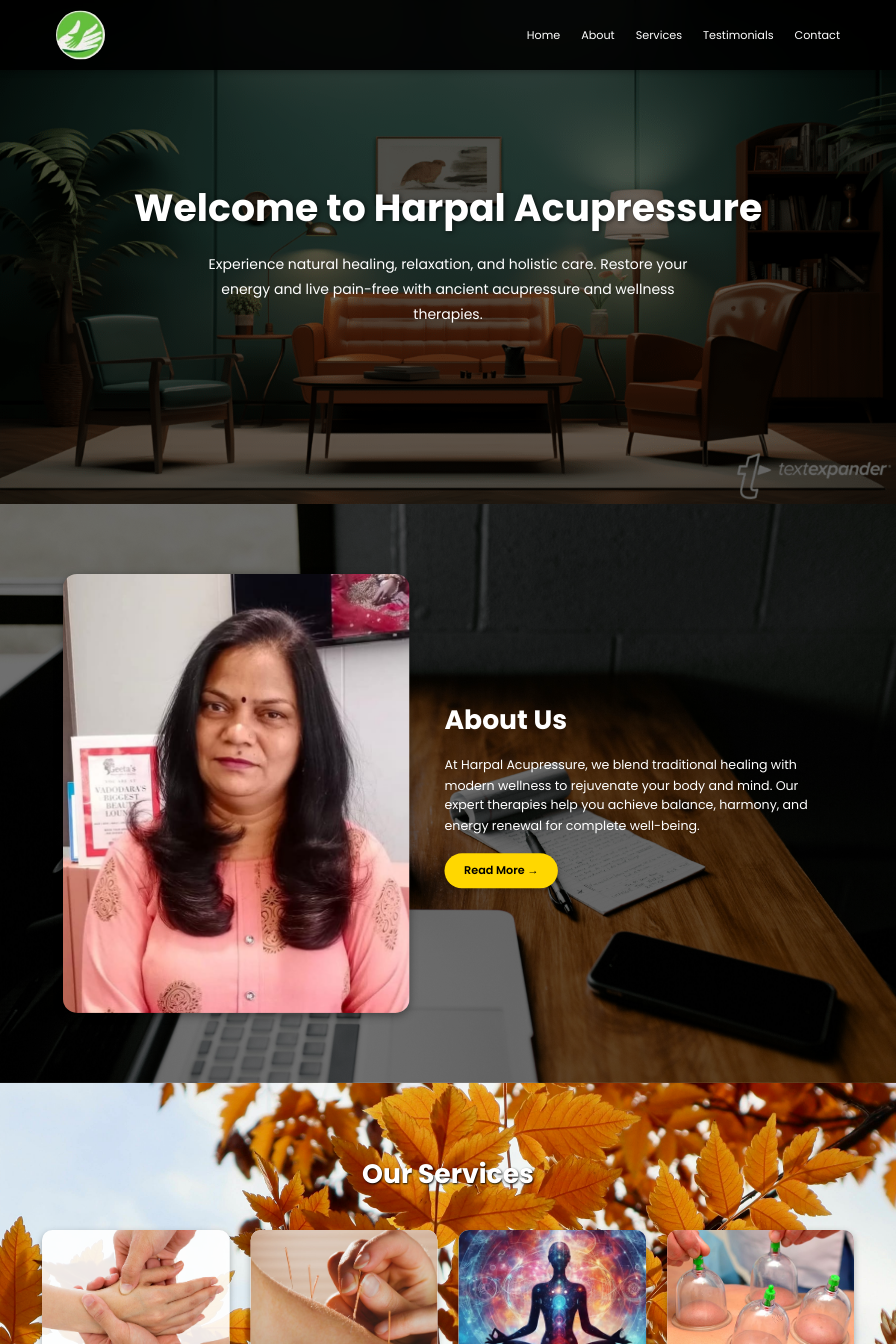
Repository: swasthiik/my-websites
Page: index.html
The author's editor kept a copy of each file at every save. The page is drawn from the files as they stood at one save, then again after the next save.
The browser window is 1280 px wide. The pictures show the part of the page from y = 0 to 1920 px (the page is 4255 px tall), at 70% of full size.

Above is the page before, as saved 2025-10-28 01:24:12.

### index.html
<!DOCTYPE html>
<html lang="en">
<head>
  <meta charset="UTF-8" />
  <meta name="viewport" content="width=device-width, initial-scale=1.0" />
  <title>Harpal Acupressure — Healing & Wellness</title>
  <link href="https://fonts.googleapis.com/css2?family=Poppins:wght@300;400;600;700&display=swap" rel="stylesheet" />

  <style>
    *{margin:0;padding:0;box-sizing:border-box;font-family:'Poppins',sans-serif;}
    body{background:#fff;color:#333;line-height:1.6;}

    /* Header */
    header{
      position:fixed;width:100%;top:0;left:0;background:rgba(0,0,0,0.9);
      display:flex;justify-content:space-between;align-items:center;
      padding:15px 80px;z-index:1000;backdrop-filter:blur(6px);
      box-shadow:0 2px 10px rgba(0,0,0,0.4);
    }
    header img{width:70px;height:70px;border-radius:50%;object-fit:cover;}
    nav ul{display:flex;gap:30px;list-style:none;}
    nav ul li a{
      color:#fff;text-decoration:none;font-weight:500;
      transition:color 0.3s ease;
    }
    nav ul li a:hover{color:#ffd700;}

    /* Hero Section */
    .hero{
      display:flex;align-items:center;justify-content:center;
      background:url('images/background.jpg') no-repeat center/cover;
      height:100vh;position:relative;color:#fff;text-align:center;
      padding:0 20px;
    }
    .hero::before{
      content:'';position:absolute;top:0;left:0;width:100%;height:100%;
      background:rgba(0,0,0,0.6);
    }
    .hero-content{
      position:relative;z-index:2;max-width:900px;
      animation:fadeInUp 1.2s ease;
    }
    .hero-content h1{
      font-size:54px;font-weight:700;margin-bottom:20px;
      text-shadow:2px 2px 8px rgba(0,0,0,0.6);
    }
    .hero-content p{
      font-size:20px;line-height:1.8;max-width:750px;margin:auto;
    }
    @keyframes fadeInUp{
      0%{opacity:0;transform:translateY(50px);}
      100%{opacity:1;transform:translateY(0);}
    }

    /* About */
    #about{
      background:url('images/background2.jpg') no-repeat center/cover;
      color:#fff;padding:100px 60px;position:relative;
    }
    #about::before{
      content:'';position:absolute;top:0;left:0;width:100%;height:100%;
      background:rgba(0,0,0,0.55);
    }
    #about .inner{
      position:relative;z-index:1;max-width:1100px;margin:auto;
      display:flex;align-items:center;gap:50px;flex-wrap:wrap;
    }
    #about img{
      width:45%;border-radius:20px;box-shadow:0 4px 12px rgba(0,0,0,0.4);
    }
    #about .text{flex:1;}
    #about h2{font-size:38px;margin-bottom:20px;}
    #about p{font-size:18px;margin-bottom:25px;}
    #about a{
      display:inline-block;padding:12px 28px;background:#ffd700;color:#000;
      font-weight:600;border-radius:30px;text-decoration:none;
      box-shadow:0 4px 8px rgba(0,0,0,0.2);transition:all 0.3s ease;
    }
    #about a:hover{background:#ffea3c;transform:translateY(-2px);}

    /* Services */
    #services{
      background:url('images/background3.jpg') no-repeat center/cover;
      padding:100px 60px;text-align:center;color:#fff;
    }
    #services h2{font-size:38px;margin-bottom:50px;text-shadow:1px 1px 3px #000;}
    .services-grid{
      display:grid;grid-template-columns:repeat(auto-fit,minmax(250px,1fr));
      gap:30px;
    }
    .service-card{
      background:rgba(255,255,255,0.9);border-radius:15px;overflow:hidden;
      box-shadow:0 4px 10px rgba(0,0,0,0.3);transition:transform 0.3s ease;
    }
    .service-card:hover{transform:translateY(-8px);}
    .service-card img{width:100%;height:180px;object-fit:cover;}
    .svc-body{padding:20px;}
    .svc-title{font-size:20px;font-weight:600;margin-bottom:10px;color:#222;}
    .svc-text{font-size:15px;color:#555;}

    /* Testimonials */
    #testimonials{
      background:url('images/background4.jpg') no-repeat center/cover;
      color:#fff;padding:100px 60px;text-align:center;position:relative;
    }
    #testimonials::before{
      content:'';position:absolute;top:0;left:0;width:100%;height:100%;
      background:rgba(0,0,0,0.6);
    }
    #testimonials .inner{
      position:relative;z-index:1;max-width:900px;margin:auto;
    }
    #testimonials h2{
      font-size:36px;margin-bottom:40px;
      text-shadow:1px 1px 4px rgba(0,0,0,0.8);
    }
    .testimonial{
      background:rgba(255,255,255,0.15);
      padding:25px;border-radius:20px;margin:15px 0;
      box-shadow:0 4px 10px rgba(0,0,0,0.4);
      font-size:17px;font-style:italic;
    }

    /* Contact */
    #contact{
      background:#111;color:#fff;padding:80px 60px;text-align:center;
    }
    #contact .inner{
      display:flex;flex-wrap:wrap;justify-content:space-between;
      align-items:flex-start;gap:40px;max-width:1200px;margin:auto;text-align:left;
    }
    .contact-left,.contact-center,.quick-links{flex:1;min-width:280px;}
    .social-btns img{
      width:40px;height:40px;margin-right:12px;transition:transform 0.3s;
      border-radius:50%;
    }
    .social-btns img:hover{transform:scale(1.1);}
    .btn-area{margin-top:15px;}
    .btn{
      display:inline-block;padding:10px 20px;border-radius:25px;
      font-weight:600;text-decoration:none;margin-right:10px;
      transition:all 0.3s ease;
    }
    .btn-call{background:#ffd700;color:#000;}
    .btn-wa{background:#25D366;color:#fff;}
    .btn:hover{transform:translateY(-2px);opacity:0.9;}
    .final-line{
      margin-top:50px;text-align:center;font-size:0.95rem;color:#ccc;
      max-width:900px;margin:auto;line-height:1.6;
    }
    footer{
      background:#000;color:#aaa;text-align:center;
      padding:20px 0;font-size:0.9rem;
    }
    footer a{color:#ffd700;text-decoration:none;}
    footer a:hover{text-decoration:underline;}
    .quick-links a{
      display:block;color:#ccc;text-decoration:none;margin-bottom:8px;
      font-size:0.95rem;
    }
    .quick-links a:hover{color:#ffd700;}
  </style>
</head>

<body>

  <!-- Header -->
  <header>
    <img src="images/logo.jpg" alt="Harpal Logo">
    <nav>
      <ul>
        <li><a href="#home">Home</a></li>
        <li><a href="#about">About</a></li>
        <li><a href="#services">Services</a></li>
        <li><a href="#testimonials">Testimonials</a></li>
        <li><a href="#contact">Contact</a></li>
      </ul>
    </nav>
  </header>

  <!-- Hero -->
  <section class="hero" id="home">
    <div class="hero-content">
      <h1>Welcome to Harpal Acupressure</h1>
      <p>Experience natural healing, relaxation, and holistic care. Restore your energy and live pain-free with ancient acupressure and wellness therapies.</p>
    </div>
  </section>

  <!-- About -->
  <section id="about">
    <div class="inner">
      <img src="images/photo1.png" alt="Harpal Acupressure">
      <div class="text">
        <h2>About Us</h2>
        <p>At Harpal Acupressure, we blend traditional healing with modern wellness to rejuvenate your body and mind. Our expert therapies help you achieve balance, harmony, and energy renewal for complete well-being.</p>
        <a href="about.html">Read More →</a>
      </div>
    </div>
  </section>

  <!-- Services -->
  <section id="services" aria-labelledby="services-title">
    <div class="inner">
      <h2 id="services-title"><strong>Our Services</strong></h2>

      <div class="services-grid">
        <div class="service-card"><img src="images/service1.jpg" alt="Acupressure Therapy"><div class="svc-body"><div class="svc-title"><strong>Acupressure Therapy</strong></div><div class="svc-text">Targeted pressure techniques to relieve pain, improve circulation, and restore energy balance.</div></div></div>
        <div class="service-card"><img src="images/service2.jpg" alt="Acupuncture"><div class="svc-body"><div class="svc-title"><strong>Acupuncture</strong></div><div class="svc-text">Traditional needle therapy to stimulate healing pathways and reduce chronic symptoms.</div></div></div>
        <div class="service-card"><img src="images/service3.jpg" alt="Aura Cleansing"><div class="svc-body"><div class="svc-title"><strong>Aura Cleansing</strong></div><div class="svc-text">Gentle energetic clearing to remove negativity, calm the mind, and uplift emotions.</div></div></div>
        <div class="service-card"><img src="images/service4.jpg" alt="Cupping Therapy"><div class="svc-body"><div class="svc-title"><strong>Cupping Therapy</strong></div><div class="svc-text">Cupping to improve blood flow, reduce muscle tension and support detoxification.</div></div></div>
        <div class="service-card"><img src="images/service5.jpg" alt="Casa Therapy"><div class="svc-body"><div class="svc-title"><strong>Casa Therapy</strong></div><div class="svc-text">Holistic alignment techniques focused on posture, balance and natural healing responses.</div></div></div>
        <div class="service-card"><img src="images/service6.jpg" alt="Magnetic Therapy"><div class="svc-body"><div class="svc-title"><strong>Magnetic Therapy</strong></div><div class="svc-text">Non-invasive magnetic treatments to support circulation and relieve chronic discomfort.</div></div></div>
        <div class="service-card"><img src="images/service7.jpg" alt="Numerology Guidance"><div class="svc-body"><div class="svc-title"><strong>Numerology Guidance</strong></div><div class="svc-text">Personal numerology readings offering insight for life choices, timing and growth.</div></div></div>
        <div class="service-card"><img src="images/service8.jpg" alt="Reiki Healing"><div class="svc-body"><div class="svc-title"><strong>Reiki Healing</strong></div><div class="svc-text">Energy healing sessions to reduce stress, restore calm and accelerate recovery.</div></div></div>
        <div class="service-card"><img src="images/service9.jpg" alt="Sujok Therapy"><div class="svc-body"><div class="svc-title"><strong>Sujok Therapy</strong></div><div class="svc-text">Hand & foot mapping therapy to influence internal organs and promote natural healing.</div></div></div>
        <div class="service-card"><img src="images/service10.jpg" alt="Vastu Consultation"><div class="svc-body"><div class="svc-title"><strong>Vastu Consultation</strong></div><div class="svc-text">Practical Vastu suggestions to harmonize your home or workplace for better wellbeing.</div></div></div>
      </div>
    </div>
  </section>

  <!-- Testimonials -->
  <section id="testimonials">
    <div class="inner">
      <h2>What Our Clients Say</h2>
      <div class="testimonial">“The acupressure sessions truly changed my life — my back pain is completely gone!”</div>
      <div class="testimonial">“I felt deeply relaxed after every visit. Harpal Acupressure has a healing touch!”</div>
      <div class="testimonial">“Very professional, clean, and friendly environment. I highly recommend them!”</div>
    </div>
  </section>

  <!-- Contact -->
  <section id="contact">
    <div class="inner">
      <div class="contact-left">
        <h3>Connect on Social</h3>
        <div class="social-btns">
          <a href="https://www.instagram.com/harpal_acupressure/?igsh=eTE0cXRwMDBiOHk0" target="_blank"><img src="images/instagram.png" alt="Instagram"></a>
          <a href="https://m.facebook.com/share/1GioYfoyAg/?wtsid=rdr_0amyqscvfVj53aAWz" target="_blank"><img src="images/facebook.png" alt="Facebook"></a>
        </div>
        <p>Email: <a href="mailto:info@harpalaccupressure.com">info@harpalaccupressure.com</a></p>
        <div class="btn-area">
          <a class="btn btn-call" href="tel:+9189980455518">📞 Call</a>
          <a class="btn btn-wa" href="https://wa.me/918866556830" target="_blank">💬 WhatsApp</a>
        </div>
      </div>

      <div class="contact-center">
        <h3>Visit Us</h3>
        <p><strong>DR. DIPALI PREMALKUMAR PATEL</strong><br>Marma Magnetic & Sujok Therapist</p>
        <p><strong>Clinic Address:</strong><br>
          Shop No. 3, Samanvay North Park,<br>
          Opp Darshanam King Square,<br>
          Ankodiya Road, Panchvati, Vadodara,<br>
          Ankodiya, Gujarat - 390016
        </p>
        <p><a href="https://maps.app.goo.gl/6wJNQphf7XSe5wKk8" target="_blank" style="color:#ffd700;text-decoration:none;">📍 Open in Google Maps</a></p>
        <p><strong>Residence Address:</strong><br>
          B-25, Nipa Tenament No.2,<br>
          B/H Jesal Society, Gorwa,<br>
          Opp. Sahyog Society,<br>
          Vadodara, Gujarat - 390016
        </p>
      </div>

      <div class="quick-links">
        <h4 style="margin-top:15px;color:#fff;">Quick Links</h4>
        <a href="#home">🏠 Home</a>
        <a href="#about">ℹ️ About Us</a>
        <a href="#services">💆‍♀️ Services</a>
        <a href="#testimonials">💬 Testimonials</a>
        <a href="#contact">📞 Contact</a>
      </div>
    </div>

    <div class="final-line">
      A PLACE OF HEALING, RELAXATION, HOLISTIC WELLNESS, AND POSITIVE ENERGY — DEDICATED TO HEALTH, HAPPINESS, AND WELL-BEING.
    </div>
  </section>

  <footer>
    <p>© 2025 Harpal Acupressure | Designed with ❤️ by Swasthik</p>
  </footer>

</body>
</html>

After the next save:
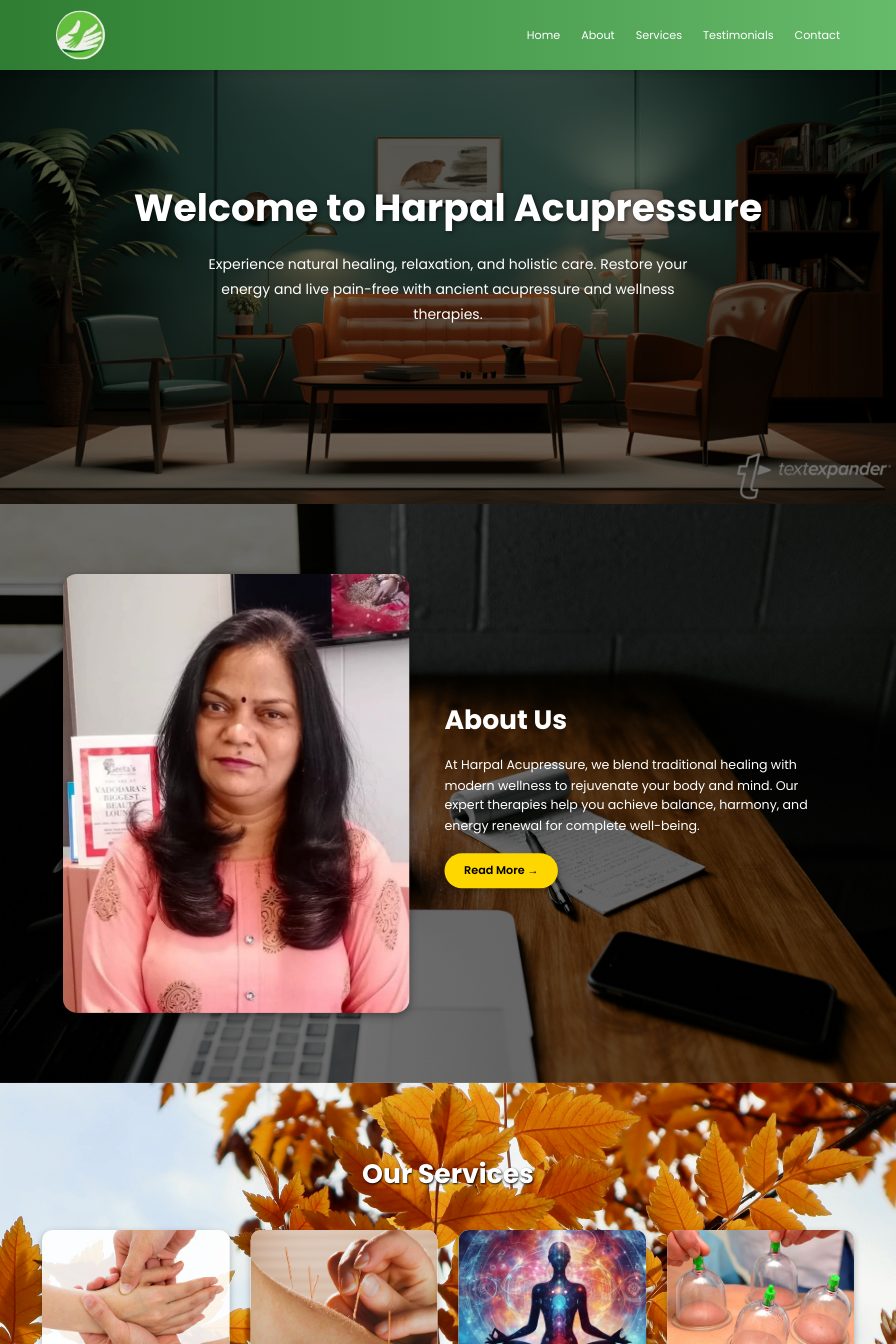
Saved 6 min 24 s later.
--- a/index.html
+++ b/index.html
@@ -12,10 +12,11 @@
 
     /* Header */
     header{
-      position:fixed;width:100%;top:0;left:0;background:rgba(0,0,0,0.9);
+      position:fixed;width:100%;top:0;left:0;
+      background:linear-gradient(90deg,#2e7d32,#66bb6a);
       display:flex;justify-content:space-between;align-items:center;
       padding:15px 80px;z-index:1000;backdrop-filter:blur(6px);
-      box-shadow:0 2px 10px rgba(0,0,0,0.4);
+      box-shadow:0 2px 10px rgba(0,0,0,0.25);
     }
     header img{width:70px;height:70px;border-radius:50%;object-fit:cover;}
     nav ul{display:flex;gap:30px;list-style:none;}
@@ -34,7 +35,7 @@
     }
     .hero::before{
       content:'';position:absolute;top:0;left:0;width:100%;height:100%;
-      background:rgba(0,0,0,0.6);
+      background:rgba(0,0,0,0.55);
     }
     .hero-content{
       position:relative;z-index:2;max-width:900px;
